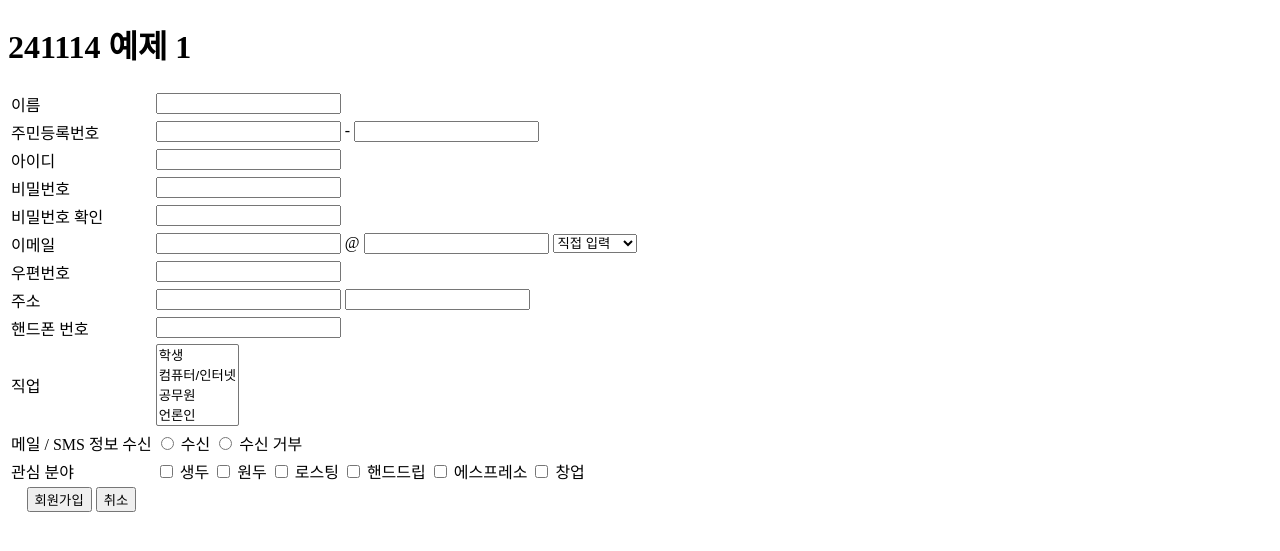
Repository: jsunnypi/JSP
Page: http://localhost/Test/inputForm.jsp
An editor plug-in stored every save of this project. The page is shown before and after the next save, followed by the edit.
The browser window is 1280 px wide. The pictures show the whole page.
The page is served by Tomcat 9.

Above is the page before, as saved 2024-11-14 05:11:13.

### Test/src/main/webapp/inputForm.jsp
<%@ page language="java" contentType="text/html; charset=UTF-8"
    pageEncoding="UTF-8"%>
<!DOCTYPE html>
<html>
<head>
<meta charset="UTF-8">
<title>Insert title here</title>
</head>
<body>
	<h1>241114 예제 1</h1>
	<form method="post" action="inputlist.jsp">
		<table>
			<tr>
				<td> 이름 </td>
				<td>
					<input type="text" name="name" >
				</td>
			</tr>

			<tr>
				<td> 주민등록번호 </td>
				<td>
					<input type="text" name="bd">
				-
					<input type="password" name="bd" >
				</td>
			</tr>

			<tr>
				<td> 아이디 </td>
				<td>
					<input type="text" name="id" >
				</td>
			</tr>

			<tr>
				<td> 비밀번호 </td>
				<td>
					<input type="password" name="pw" >
				</td>
			</tr>

			<tr>
				<td> 비밀번호 확인 </td>
				<td>
					<input type="password" name="pwcheck" >
				</td>
			</tr>

			<tr>
				<td> 이메일 </td>
				<td>
					<input type="text" name="email" >
				 @
					<input type="text" name="com" >

					<select id="email" name="com" size="1">
						<option value="직접">직접 입력</option>
						<option value="네이버">naver.com</option>
						<option value="다음">daum.net</option>
						<option value="구글">gmail.com</option>
						<option value="네이트">nate.com</option>
					</select>
				</td>
			</tr>

			<tr>
				<td> 우편번호 </td>
				<td>
					<input type="text" name="postnumber" >
				</td>
			</tr>

			<tr>
				<td> 주소 </td>
				<td>
					<input type="text" name="addr" >

					<input type="text" name="addr2" >
				</td>
			</tr>

			<tr>
				<td> 핸드폰 번호 </td>
				<td>
					<input type="text" name="phone" >
				</td>
			</tr>

			<tr>
				<td> 직업 </td>
				<td>
					<select size="4">
						<option value="학생">학생</option>
						<option value="컴퓨터/인터넷">컴퓨터/인터넷</option>
						<option value="공무원">공무원</option>
						<option value="언론인">언론인</option>

					</select>
				</td>
			</tr>

			<tr>
				<td> 메일 / SMS 정보 수신</td>
				<td>
					<input type="radio" name="agree" value="ok"> 수신
					<input type="radio" name="agree" value="no"> 수신 거부
				</td>
			</tr>

			<tr>
				<td> 관심 분야 </td>
				<td>
					<input type="checkbox" name="interest" value="1"> 생두
					<input type="checkbox" name="interest" value="2"> 원두
					<input type="checkbox" name="interest" value="3"> 로스팅
					<input type="checkbox" name="interest" value="4"> 핸드드립
					<input type="checkbox" name="interest" value="5"> 에스프레소
					<input type="checkbox" name="interest" value="6"> 창업
				</td>
			</tr>

			<tr>
				<td align="center">
					<input type="submit" value="회원가입" >

					<input type="reset" value="취소">
				</td>
			</tr>





















		</table>

	</form>

</body>
</html>

After the next save:
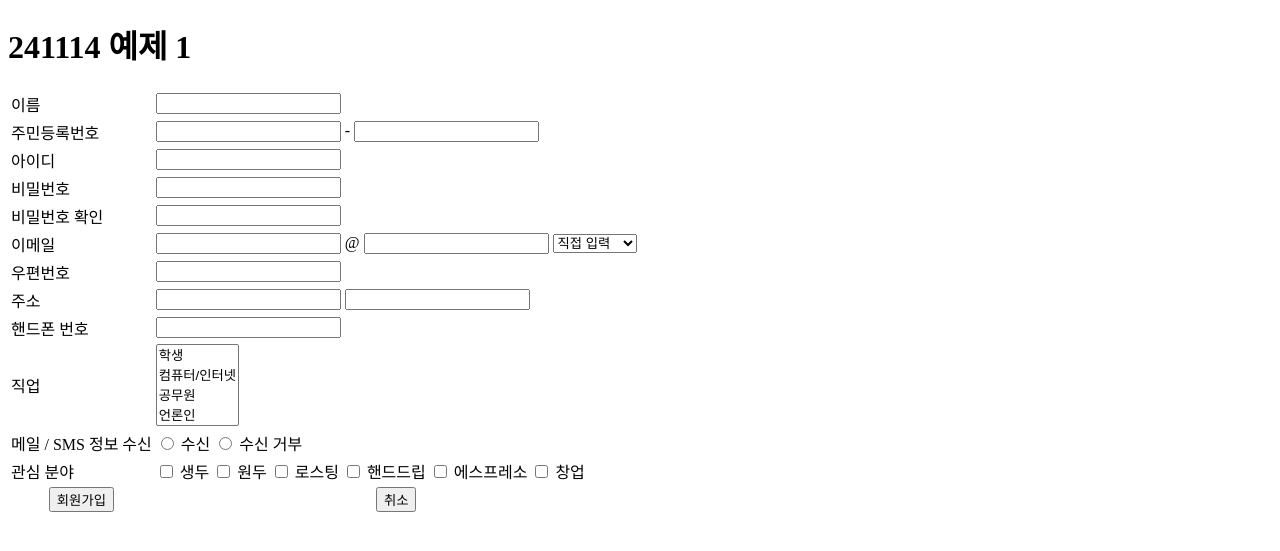
Saved 19 s later.
--- a/Test/src/main/webapp/inputForm.jsp
+++ b/Test/src/main/webapp/inputForm.jsp
@@ -123,7 +123,8 @@
 			<tr>
 				<td align="center">
 					<input type="submit" value="회원가입" >
-
+				</td>
+				<td align="center">
 					<input type="reset" value="취소">
 				</td>
 			</tr>

After the save that followed:
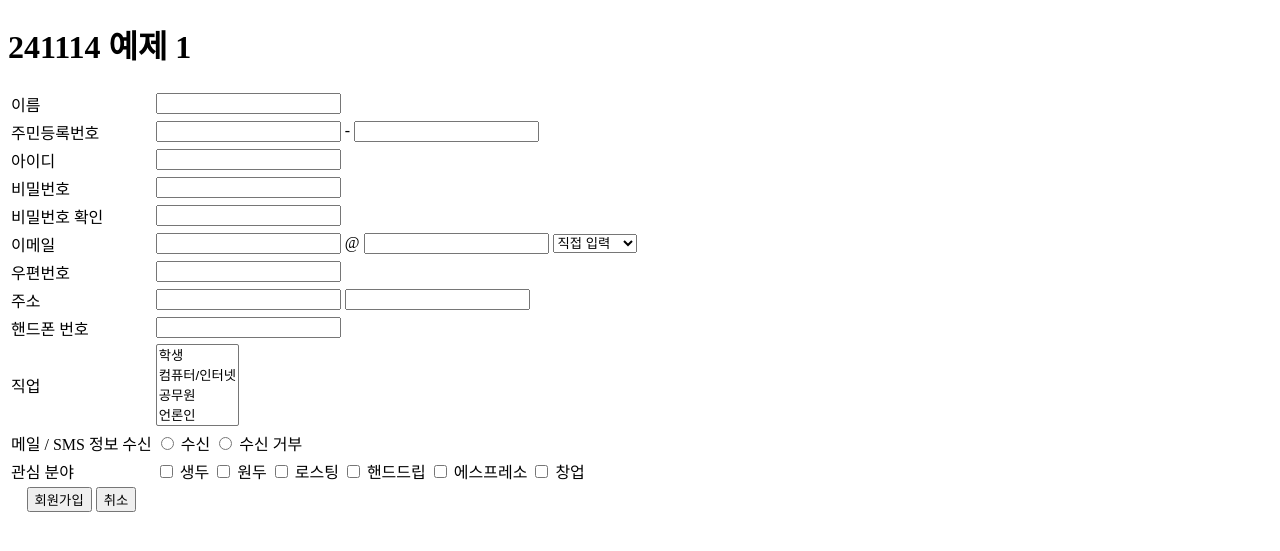
Saved 9 s later.
--- a/Test/src/main/webapp/inputForm.jsp
+++ b/Test/src/main/webapp/inputForm.jsp
@@ -123,8 +123,7 @@
 			<tr>
 				<td align="center">
 					<input type="submit" value="회원가입" >
-				</td>
-				<td align="center">
+
 					<input type="reset" value="취소">
 				</td>
 			</tr>
